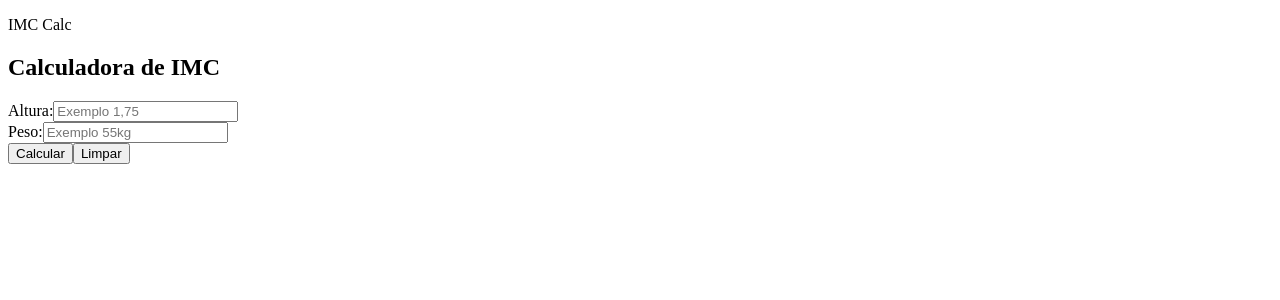
Repository: Bitroia/imc-calc-react
Page: / (app in imc/imc-calc/)
An editor plug-in stored every save of this project. The page is shown before and after a run of saves, followed by the edit.
The browser window is 1280 px wide. The pictures show the whole page.
The project was rebuilt for these pictures with package versions that can differ from the ones it lists, and the page was loaded fresh each time. Also part of the build but not shown: imc/imc-calc/vite.config.js.

Above is the page before, as saved 2026-05-26 18:20:35.

### imc/imc-calc/index.html
<!doctype html>
<html lang="en">
  <head>
    <meta charset="UTF-8" />
    <link rel="icon" type="image/svg+xml" href="/favicon.svg" />
    <meta name="viewport" content="width=device-width, initial-scale=1.0" />
    <title>imc-calc</title>
  </head>
  <body>
    <div id="root"></div>
    <script type="module" src="/src/main.jsx"></script>
  </body>
</html>

### imc/imc-calc/src/index.css
*{
  margin: ;
}

### imc/imc-calc/src/App.jsx
import { useState } from "react";
import ImcCalc from "./components/ImcCalc";

function App() {
  return (
    <div className="container">
      <p>IMC Calc</p>
      <ImcCalc/>
    </div>
  );
}

export default App;

### imc/imc-calc/src/components/ImcCalc.jsx
import React from "react";

const ImcCalc = () => {
  return (
    <div id="calc-container">
      <h2>Calculadora de IMC</h2>
      <form id="imc-form">
        <div className="form-inputs">
          <div className="form-control">
            <label htmlFor="height">Altura:</label>
            <input
              type="text"
              name="height"
              id="height"
              placeholder="Exemplo 1,75"
            />
          </div>
          <div className="form-control">
            <label htmlFor="weight">Peso:</label>
            <input
              type="text"
              name="weight"
              id="weight"
              placeholder="Exemplo 55kg"
            />
          </div>
        </div>
        <div className="action-control">
            <button>Calcular</button>
            <button>Limpar</button>
        </div>
      </form>
    </div>
  );
};

export default ImcCalc;

Loaded but not shown: imc/imc-calc/src/main.jsx (common file)

After the next 5 saves:
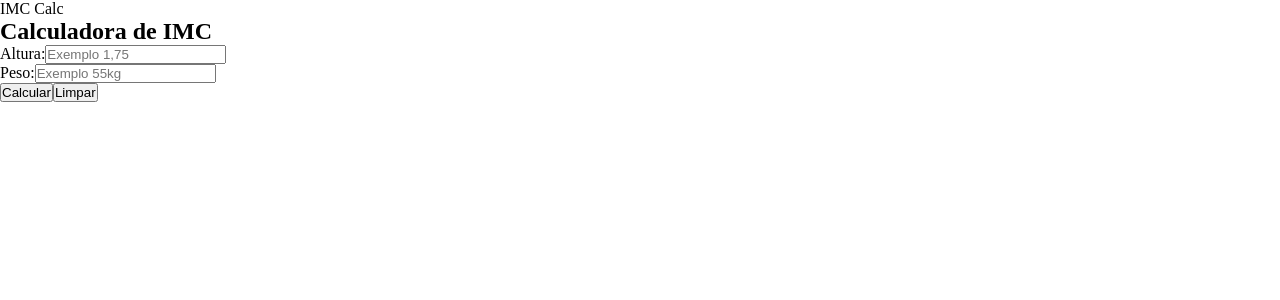
The 5 saves are shown as one change because they came seconds apart.
The last was saved 10 s later.
--- a/imc/imc-calc/src/index.css
+++ b/imc/imc-calc/src/index.css
@@ -1,3 +1,5 @@
 *{
-  margin: ;
+  margin: 0;
+  padding: 0;
+  bax
 }
